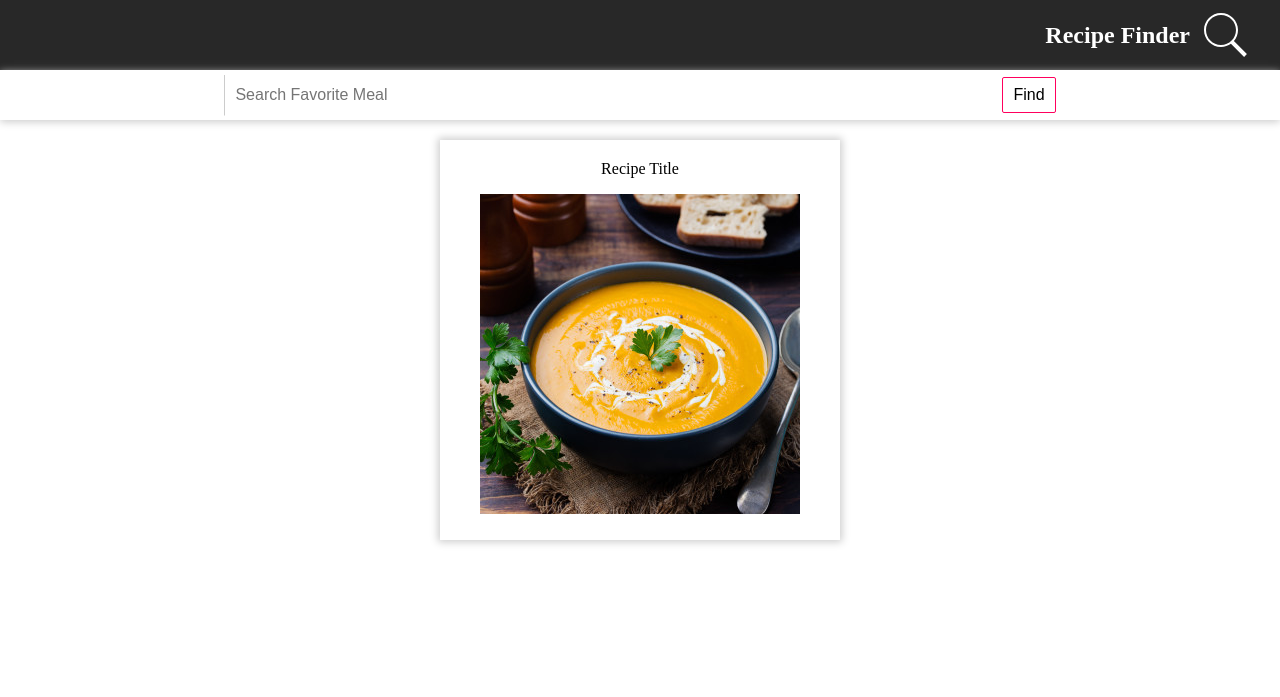
Repository: burntaftermint/recipes
Page: index.html
The author's editor kept a copy of each file at every save. The page is drawn from the files as they stood at one save, then again after the next save.
The browser window is 1280 px wide. The pictures show the whole page.
The pointer rests on the first visible `.recipe`.

Above is the page before, as saved 2023-11-06 04:54:43.

After the next save:
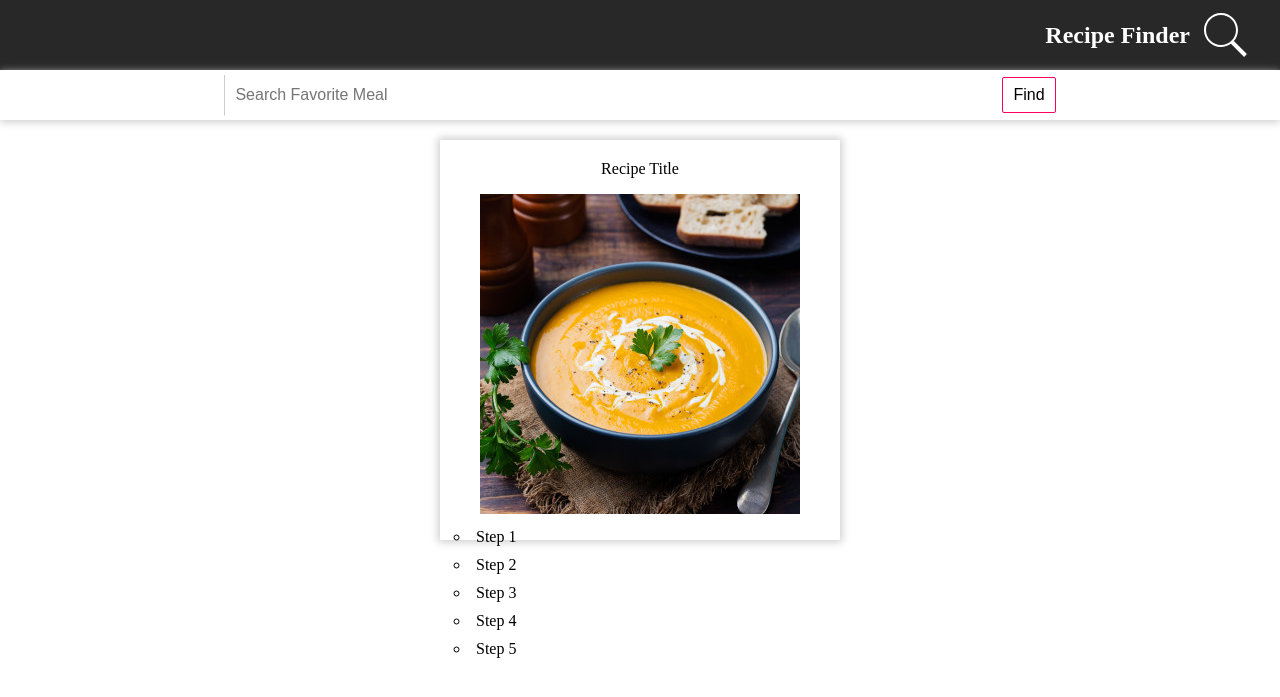
Saved 2 min 12 s later.
--- a/style.css
+++ b/style.css
@@ -128,3 +128,9 @@ header img {
 .recipe-text ul > li {
     padding: 5px;
 }
+
+.recipe:hover .recipe-text {
+    height: 120px;
+    visibility: visible;
+    opacity: 1;
+}
